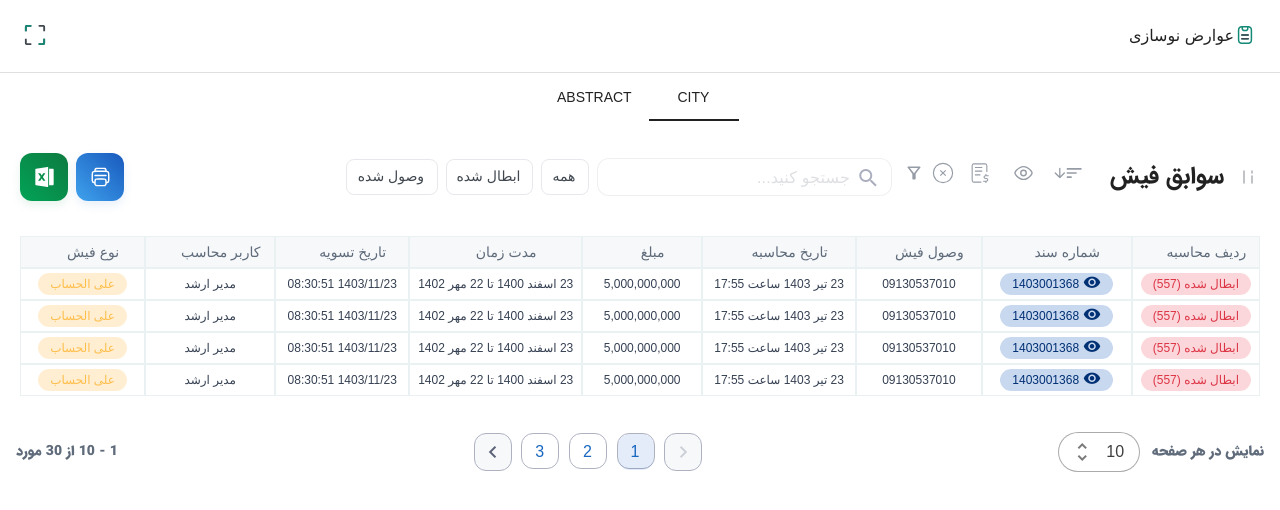
Repository: mobinazarein/data-table
Page: /
These files come from the project's save history. The page is drawn as it stood at one moment and after a run of saves; the edit follows.
The browser window is 1280 px wide. The pictures show the whole page.
Some web fonts or font styles are not loaded; a fallback is used. The project was rebuilt for these pictures with package versions that can differ from the ones it lists, and the page was loaded fresh each time. Also part of the build but not shown: vue.config.js.

Above is the page before, as saved 2025-03-26 13:48:30.

After the next 2 saves:
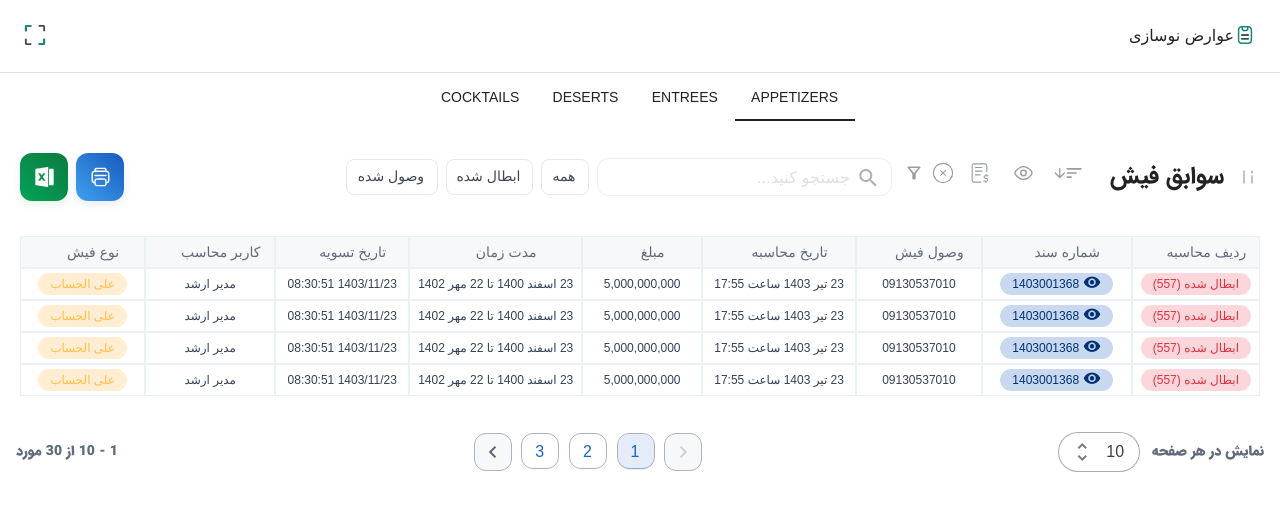
The 2 saves are shown as one change because 1 did not build or start.
The last was saved 69 s later.
--- a/src/layouts/belowHeader.vue
+++ b/src/layouts/belowHeader.vue
@@ -33,14 +33,20 @@ const items = [
   <div>
     <v-row no-gutters justify="center">
       <v-tabs v-model="tab" align-tabs="center">
-        <v-tab v-for="item in items">Landscape</v-tab>
-        <v-tab :value="2">City</v-tab>
-        <v-tab :value="3">Abstract</v-tab>
+        <v-tab v-for="item in pageData.items" :key="item" :text="item" :value="item"></v-tab>
+        <!-- <v-tab :value="2">City</v-tab>
+        <v-tab :value="3">Abstract</v-tab> -->
       </v-tabs>
     </v-row>
   </div>
 </template>
 <script setup>
 import { ref } from 'vue';
-const tab = ref(null)
+const tab = ref(null);
+const pageData = ref({
+  items: ['Appetizers',
+    'Entrees',
+    'Deserts',
+    'Cocktails']
+}).value
 </script>
